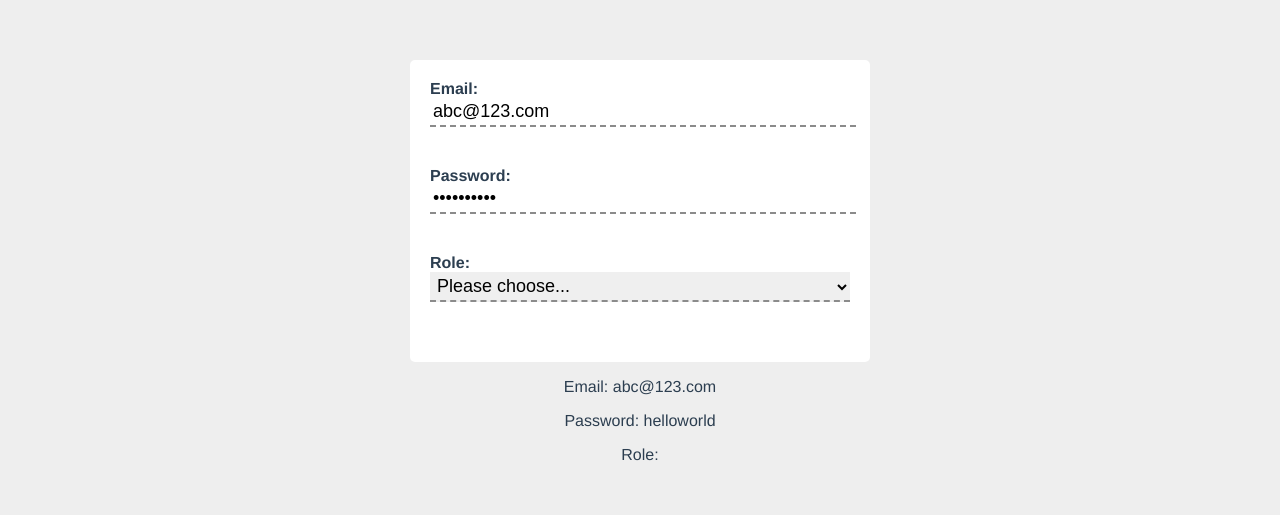
Repository: technogize/vue-forms
Page: /
The author's editor kept a copy of each file at every save. The page is drawn from the files as they stood at one save, then again after the next save.
The browser window is 1280 px wide. The pictures show the whole page.
The project was rebuilt for these pictures with package versions that can differ from the ones it lists, and the page was loaded fresh each time.

Above is the page before, as saved 2021-02-26 14:27:52.

### src/App.vue
<template>
  <SignupForm />
</template>

<script>
import SignupForm from './components/SignupForm';

export default {
  name: 'App',
  components: {
    SignupForm
  }
}
</script>

<style>
#app {
  font-family: Avenir, Helvetica, Arial, sans-serif;
  -webkit-font-smoothing: antialiased;
  -moz-osx-font-smoothing: grayscale;
  text-align: center;
  color: #2c3e50;
  margin-top: 60px;
}

body {
  margin: 0;
  background: #eee;
}
</style>

### src/components/SignupForm.vue
<template>
  <form>
    <!-- v-model syncs the data in the input with the data properties -->
    <div class="field">
      <label>Email: </label>
      <input type="email" required v-model="email" />
    </div>
    <div class="field">
      <label>Password: </label>
      <input type="password" required v-model="password" />
    </div>
    <div class="field">
      <label>Role: </label>
      <select v-model="role">
        <option value="">Please choose...</option>
        <option value="Designer">Web Designer</option>
        <option value="Developer">Web Developer</option>
      </select>
    </div>
  </form>

  <p>Email: {{email}}</p>
  <p>Password: {{password}}</p>
  <p>Role: {{role}} </p>
</template>

<script>
export default {
  data() {
    return {
      email: 'abc@123.com',
      password: 'helloworld',
      role: ''
    }
  }
}
</script>

<style scoped>
  form {
    max-width: 420px;
    border-radius: 5px;
    background: white;
    padding: 20px;
    margin: 0 auto;
  }

  label {
    font-weight: 700;
    display: block;
    text-align: left;
  }

  input, select {
    display: block;
    width: 100%;
    font-size: 18px;
    padding: 3px;
    border: none;
    border-bottom: 2px dashed rgb(139, 139, 139);
  }

  input:focus,
  select:focus {
    outline: none;
    border-bottom: 2px solid rgb(139, 139, 139);
  }

  .field {
    margin-bottom: 40px;
  }
</style>

Loaded but not shown: public/index.html (common file); src/main.js (common file)

After the next save:
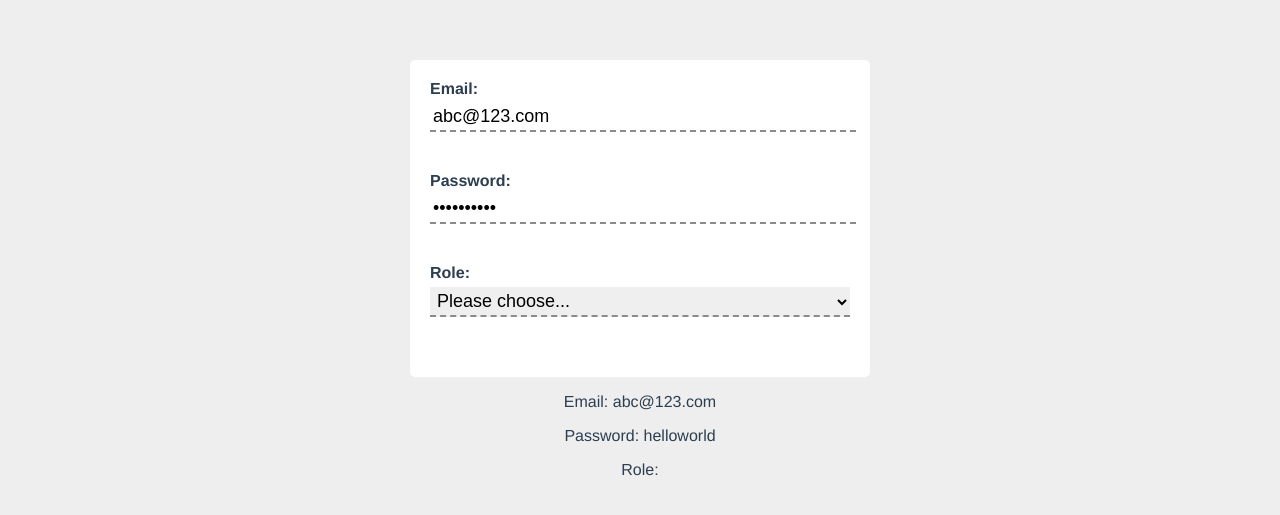
Saved 23 s later.
--- a/src/components/SignupForm.vue
+++ b/src/components/SignupForm.vue
@@ -49,6 +49,7 @@ export default {
     font-weight: 700;
     display: block;
     text-align: left;
+    margin-bottom: 5px;
   }
 
   input, select {
